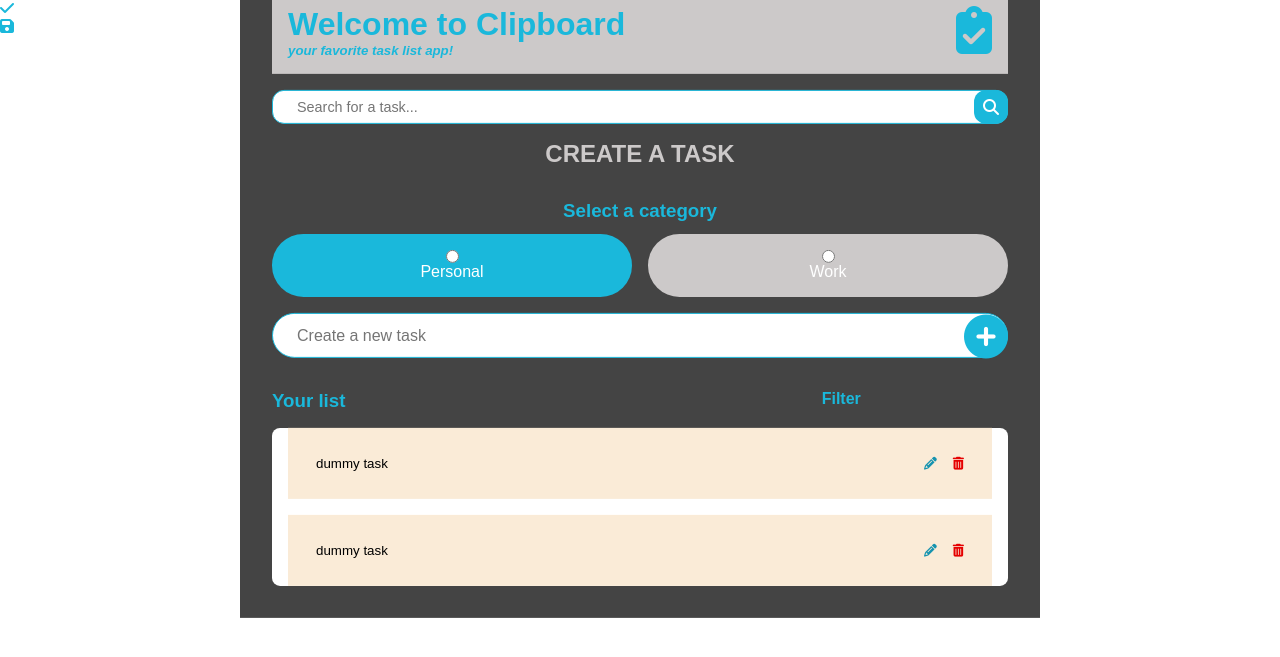
Repository: WesleyErasmus/Todo-App
Page: todoApp.html
These files come from the project's save history. The page is drawn as it stood at one moment and after the next save; the edit follows.
The browser window is 1280 px wide. The pictures show the whole page.
Some web libraries are served in a nearby version.

Above is the page before, as saved 2022-06-04 22:27:16.

### todoApp.html
<!DOCTYPE html>
<html lang="en">
<head>
    <meta charset="UTF-8">
    <meta http-equiv="X-UA-Compatible" content="IE=edge">
    <meta name="viewport" content="width=device-width, initial-scale=1.0">
    <title>Todo App</title>
    <script src="https://kit.fontawesome.com/81ea498f91.js" crossorigin="anonymous"></script>
    <link rel="stylesheet" href="/source/css/todoApp.css">
    <script src="/source/script/todoApp.js" defer></script>
</head>
<body>
    <!-- App wrapper -->
    <main class="app-wrapper">
        <!-- App header -->
        <header>
            <div>
            <h1>Welcome to Clipboard</h1>
            <h5><em>your favorite task list app!</em></h5>
            </div>
            <div id="jumbotron-logo"><i class="fa-solid fa-clipboard-check fa-3x"></i></div>
        </header>

        <div id="sub-header">
        <form id="search-bar">
        <input type="text"
        id="search-bar"
        placeholder="Search for a task...">
        <button type="submit"><i class="fa fa-search"
        id="search-submit-btn"></i></button>
        </form>

        <h2 id="create-task-heading">CREATE A TASK</h2>

        </div>

        <!-- Categories section -->
        <section>
        <form id="todo-list-form">
            <h3 class="category-heading">Select a category</h3>
            <div class="category-selectors">
                <!-- Personal category (make to assign as default, unless user selects work category) -->
                <label id="personal-label-btn">
                    <input type="radio" name="category" value="Personal" id="personal-category" />
                    <div>Personal</div>
                </label>
                <!-- Work category -->
                <label id="work-label-btn">
                    <input type="radio" name="category" value="Work" id="work-category" />
                    <div>Work</div>
                </label>
            </div> <!-- End of radio categories div -->
            <div class="create-submit">
            <input type="text" name="create-task" id="create-task" placeholder="Create a new task" />
            <button id="task-submit-btn" type="submit" value="create-new-task">
                <i class="fa-solid fa-circle-plus"></i>
            </button>
        </div>
        </form>
        </section>

        <!-- Task list is created here, new tasks are outputted below -->
        <section class="todo-list-output">
            <div id="list-header">
            <h3>Your list</h3>
            <div><strong>Filter</strong></div>
            </div>
            <!-- Actual task list output -->
            <div class="tasks" id="tasks">

                <div class="dummy-task">

                    <div class="task-name">
                        <input type="text"
                        class="text"
                        value="dummy task"
                        readonly>
                        <div class="edit-delete">
                            <button class="edit"><i class="fa-solid fa-pencil"></i></button>
                            <button class="delete"><i class="fa fa-trash" aria-hidden="true"></i></button>
                        </div>
                    </div>
                </div>

                <div class="dummy-task">

                    <div class="task-name">
                        <input type="text"
                        class="text"
                        value="dummy task"
                        readonly>
                        <div class="edit-delete">
                            <button class="edit"><i class="fa-solid fa-pencil"></i></button>
                            <button class="delete"><i class="fa fa-trash" aria-hidden="true"></i></button>
                        </div>
                    </div>
                </div>

            </div>

        </section>

    </main> <!-- End of App wrapper -->
        <!-- Save icon and task complete icon -->
                <li><i class="fa-solid fa-check"></i></li>
                <li><i class="fa-solid fa-floppy-disk"></i></li>

</body>
</html>

### source/css/todoApp.css
/* CSS Variables */
:root {
    --background-color: #fff;
    --primary: #1AB8DB;
    --secondary: #1593AF;
    --delete: #E50000;
    --grey: #ccc9c9;
    --dark-grey: #444444;

    --shadows: 0 1px 3px rgba(0,0,0,0.12);

    /* add linear gradients */
}

/* Universal selector styling */
* {
    box-sizing: border-box;
    margin: 0;
    padding: 0;
    font-family: sans-serif;
    list-style: none;
}

/* Below will remove input and checkbox default styling */
input:not([type="radio"]):not([type="checkbox"]), button {
	appearance: none;
	border: none;
	outline: none;
	background: none;
	cursor: initial;
}

button {
	appearance: none;
	border: none;
	outline: none;
	background: none;
	cursor: initial;
}

body {
    background-color: var(--background-color);
    color: var(--primary);
}

main {
    padding-top: 2rem;
    background-color: var(--dark-grey);
    padding-left: 2rem;
    padding-right: 2rem;
    flex: 1 1 0%;
    align-items: center;
    justify-content: center;
    max-width: 800px;
    width: 100%;
    position: absolute;
    top: 40%;
    left: 50%;
    margin-right: -50%;
    transform: translate(-50%, -50%)
}

section {
    margin-top: 2rem;
    margin-bottom: 2rem;
}

header {
    display: flex;
    justify-content: space-between;
    padding: 1rem;
    background-color: var(--grey);
}

#search-bar {
    display: flex;
    position: relative;
    justify-content: center;
    align-items: center;
}

#search-bar input{
	display: block;
	width: 100%;
	font-size: 0.9rem;
	padding: 0.50rem 1.5rem;
    padding-right: 0rem;
	color: var(--dark-grey);
	background-color: var(--background-color);
    border: 0.1px solid var(--primary);
    border-radius: 0.75rem;
}

#search-submit-btn {
    position: absolute;
    display: block;
    right: 0rem;
    top: 0;
    background-color: var(--primary);
    /* border-radius: 50%; */
    border-top-left-radius: 0.75rem;
    border-bottom-left-radius: 0.75rem;
    border-top-right-radius: 0.75rem;
    border-bottom-right-radius: 0.75rem;
    padding: 0.56rem;
    color: #fff;
    /* border: none; */
    /* color: var(--primary); */
}

/* Font-awesome search icon styling */
.fa-search {
    font-size: 1rem;
    color: var(--primary);
}

#sub-header {
    margin-top: 1rem;
    text-align: center;
    align-items: center;
}

#create-task {
	display: block;
	width: 100%;
	font-size: 1rem;
	padding: 0.79rem 1.5rem;
    padding-right: 0rem;
	color: var(--dark-grey);
	background-color: var(--background-color);
    border: 0.1px solid var(--primary);
    border-radius: 9999px;
}

/* change to task add btn */
#task-submit-btn{
    position: absolute;
    display: block;
    right: 0rem;
    bottom: -0.5px;
    border: none;
    background-color: transparent;
    color: var(--primary);
}

.fa-circle-plus {
    font-size: 2.75rem;
}

/* add gradient color to fa-logo */

#create-task-heading {
    color: var(--grey);
    margin-top: 1rem;
}

.category-heading {
    text-align: center;
    margin-bottom: 0.75rem;
}

.category-selectors {
    display: grid;
    grid-template-columns: repeat(2, 1fr);
    grid-gap: 1rem;
    margin-bottom: 1rem;
}

.category-selectors label{
    display: flex;
    flex-direction: column;
    justify-content: center;
    align-items: center;
    background-color: var(--primary);
    padding: 1rem 2rem;
    border-radius: 999999px;
    color: #fff;
    /* margin-bottom: 1rem; */
}

/* change the below id to #work-category-btn */
#work-label-btn {
background-color: var(--grey);
}

.create-submit {
    position: relative;
    display: flex;
    justify-content: center;
    align-items: center;
    text-align: center;
    margin-top: 0.5rem;
}

.create-task {
    text-align: center;
}

#list-header {
width: 80%;
display: flex;
justify-content: space-between;
margin-bottom: 1rem;
}

#tasks {
    border-radius: 0.5rem;
    background-color: #fff;
}

#tasks .task-name {
    display: flex;
    justify-content: space-between;
    background-color: var(--background-color);
    padding: 1.75rem;
    /* border-radius: 0.5rem; */
    background-color: antiquewhite;
    margin-bottom: 0rem;
    margin: 1rem;
}

.dummy-task .task-name {
    flex: 1 1 0%;
}

.dummy-task .task-name .text {
    /* color: #1593AF; */
    width: 100%;
    display: block;
    transition: 0.4s;
}

.dummy-task .edit-delete {
    display: flex;
    margin: 0 -0.5rem;

}

/* Edit button styling */

.fa-pencil {
    color: var(--secondary);
}

.fa-trash {
    color: var(--delete);
}

.dummy-task .edit-delete button {
    cursor: pointer;
    margin: 0 0.5rem;
    font-size: 0.8rem;
    font-weight: 700;
    text-transform: uppercase;
    transition: 0.4s;
}

Loaded but not shown: source/script/todoApp.js (no copy from this time; the picture is the same without it)

After the next save:
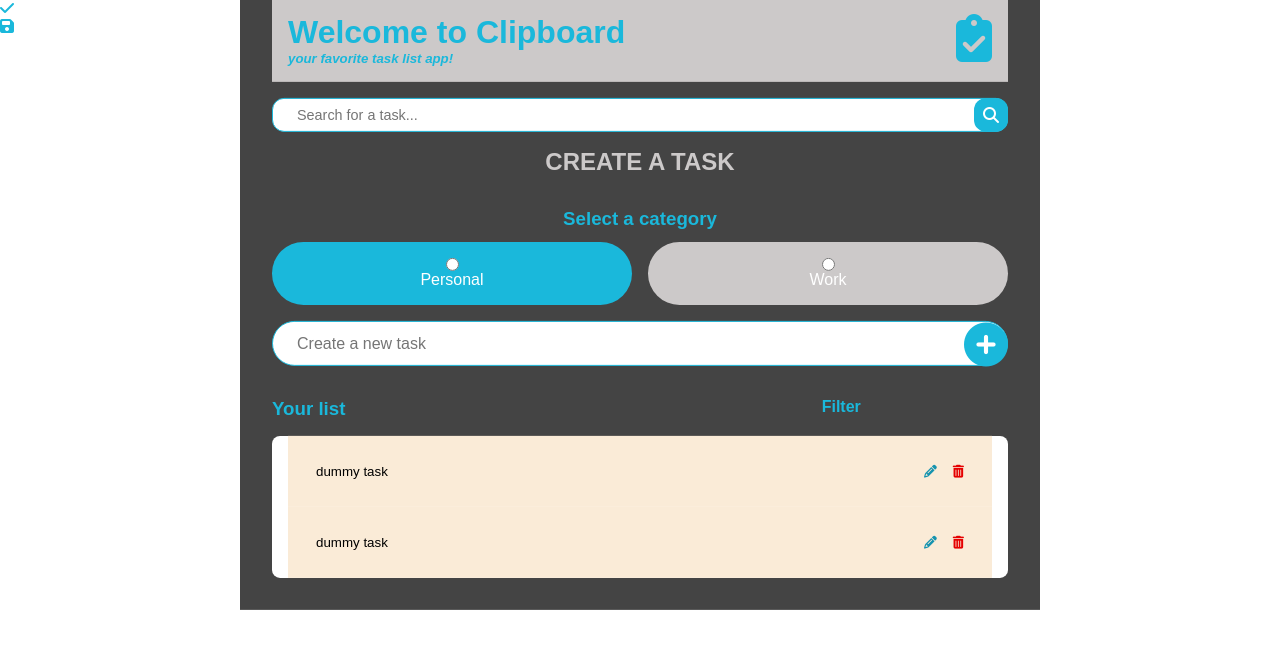
Saved 19 s later.
--- a/source/css/todoApp.css
+++ b/source/css/todoApp.css
@@ -216,7 +216,7 @@ margin-bottom: 1rem;
     /* border-radius: 0.5rem; */
     background-color: antiquewhite;
     margin-bottom: 0rem;
-    margin: 1rem;
+    margin: 0 1rem;
 }
 
 .dummy-task .task-name {
